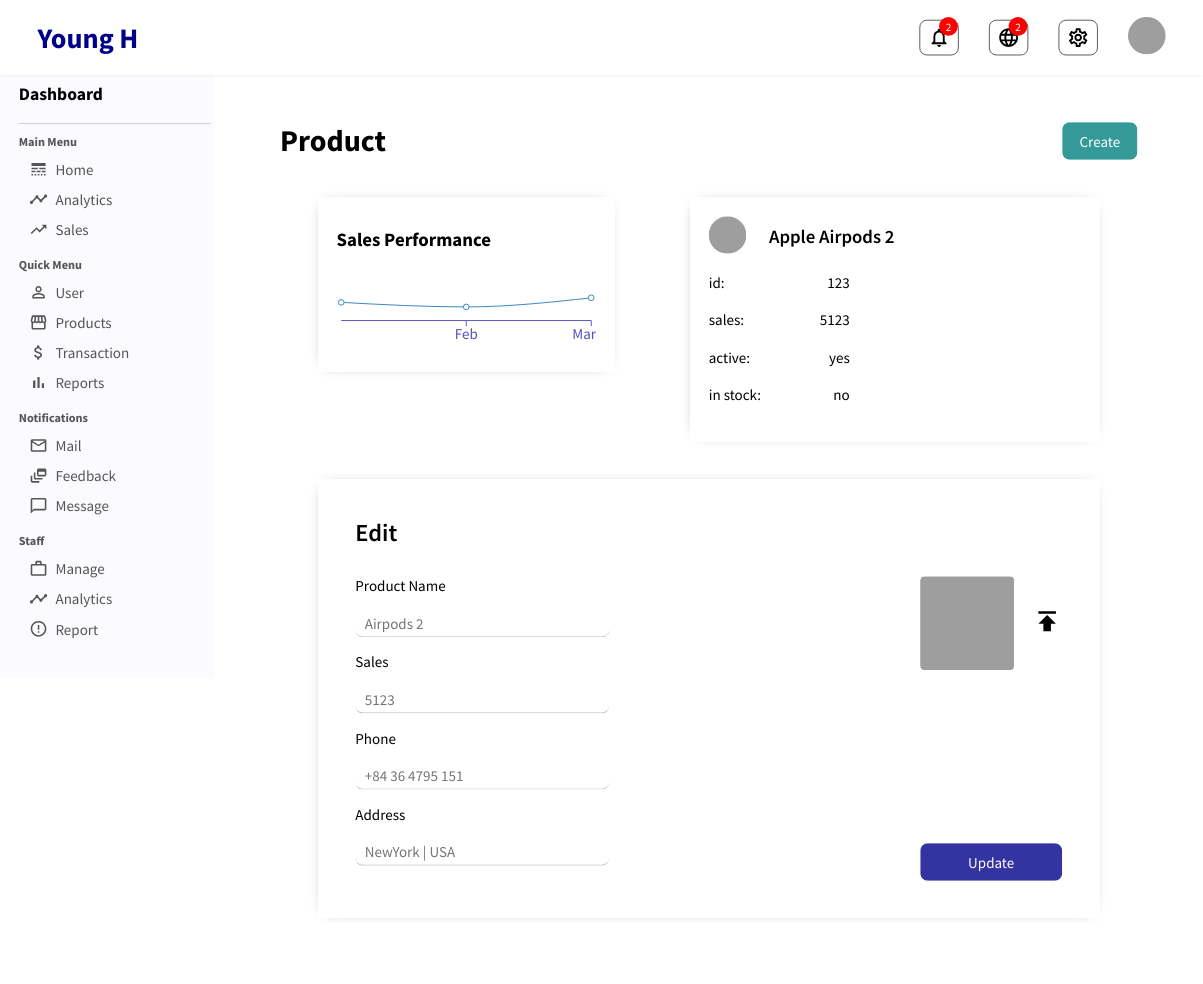
Repository: noname20011/admin
Page: /product/1
The author's editor kept a copy of each file at every save. The page is drawn from the files as they stood at one save, then again after the next save.
The browser window is 1280 px wide. The pictures show the whole page, at 94% of full size.
Pictures or frames that could not be fetched are drawn as grey boxes. The project was rebuilt for these pictures with package versions that can differ from the ones it lists, and the page was loaded fresh each time. Also part of the build but not shown: src/pages/home/home.css, src/comopnents/featureInfo/feature.css, src/comopnents/featureInfo/Feature.jsx, src/comopnents/widgetSm/widgetSm.css, src/comopnents/widgetSm/WidgetSm.jsx, src/comopnents/widgetLg/widgetLg.css, src/comopnents/widgetLg/WidgetLg.jsx, src/pages/home/Home.jsx and 9 more.

Above is the page before, as saved 2021-11-14 16:46:17.

### public/index.html
<!DOCTYPE html>
<html lang="en">
  <head>
    <meta charset="utf-8" />
    <meta name="viewport" content="width=device-width, initial-scale=1" />
    <meta name="theme-color" content="#000000" />
    <meta
      name="description"
      content="Web site created using create-react-app"
    />
    <!-- GOOGLE FONTS -->
    <link href="https://fonts.googleapis.com/css2?family=Source+Sans+Pro:wght@200;300;400;600;700;900&display=swap" rel="stylesheet">
    <style>
      * {
        font-family: 'Source Sans Pro', sans-serif;
        padding: 0;
        margin: 0;
      }
    </style>
    <title>React Admin App</title>
  </head>
  <body>
    <div id="root"></div>
  </body>
</html>

### src/App.js
import Topbar from "./comopnents/topbar/Topbar";
import Sidebar from "./comopnents/sidebar/Sidebar";
import Home from "./pages/home/Home.jsx"
import UserList from "./pages/userList/UserList";
import User from "./pages/user/User";
import NewUser from "./pages/newUser/NewUser";
import ProductList from "./pages/productList/ProductList";
import Product from "./pages/product/Product";
import NewProduct from "./pages/newProduct/NewProduct";
import './app.css'

import {BrowserRouter as Router, Routes , Route} from "react-router-dom"
function App() {
  return (
    <div>
      <Router>
        <Topbar/>
        <div className="container">
          <Sidebar/>
          <Routes >
            <Route path="/" exact element={<Home/>}/>
            <Route path="/users" exact element={<UserList/>}/>
            <Route path="/user/:userId" exact element={<User/>}/>
            <Route path="/register" exact element={<NewUser/>}/>
            <Route path="/products" exact element={<ProductList/>}/>
            <Route path="/product/:id" exact element={<Product/>}/>
            <Route path="/addproduct/" exact element={<NewProduct/>}/>
          </Routes>
        </div>
      </Router>
    </div>
  );
}

export default App;

### src/comopnents/topbar/Topbar.jsx
import React from 'react'
import './topbar.css'

import { Language, NotificationsNone, SettingsOutlined  } from '@material-ui/icons'

export default function Topbar() {
    return (
        <div className="topbar">
            <div className="topbarWrapper">
                <div className="topLeft">
                    <div className="logo">Young H</div>
                </div>
                <div className="topRight">
                    <div className="topbarIconContainer">
                        <NotificationsNone/>
                        <div className="topIconsBadge">2</div>
                    </div>
                    <div className="topbarIconContainer">
                        <Language/>
                        <div className="topIconsBadge">2</div>
                    </div>
                    <div className="topbarIconContainer">
                        <SettingsOutlined/>
                    </div>
                    <div>
                        <img src="https://images.pexels.com/photos/1526814/pexels-photo-1526814.jpeg?auto=compress&cs=tinysrgb&dpr=2&w=500" alt="admin" className="topAvatar"/>
                    </div>
                </div>
            </div>
        </div>
    )
}

### src/comopnents/sidebar/Sidebar.jsx
import { AttachMoney, BarChart, ChatBubbleOutline, DynamicFeed, ErrorOutline, LineStyle, MailOutlined, PersonOutline, Storefront, Timeline, TrendingUp,  WorkOutlineOutlined } from '@material-ui/icons'
import React from 'react'
import { Link } from 'react-router-dom'
import "./sidebar.css"
export default function Sidebar() {
    return (
        <div className="sidebar">
            <div className="sidebarWrapper">
                <h3 className="sidebarTitle">Dashboard</h3>
                <div className="sidebarMenu">
                    <h4 className="sidebarMenuTitle">Main Menu</h4>
                    <ul className="sidebarLists">
                        <Link to="/">
                            <li className="sidebarListItem">
                                <LineStyle className="sidebarIcon"/>
                                Home
                            </li>
                        </Link>
                        <li className="sidebarListItem">
                            <Timeline className="sidebarIcon"/>
                            Analytics
                        </li>
                        <li className="sidebarListItem">
                            <TrendingUp className="sidebarIcon"/>
                            Sales
                        </li>
                    </ul>
                </div>
                <div className="sidebarMenu">
                    <h4 className="sidebarMenuTitle">Quick Menu</h4>
                    <ul className="sidebarLists">
                        <Link to="/users">
                            <li className="sidebarListItem">
                                <PersonOutline className="sidebarIcon"/>
                                User
                            </li>
                        </Link>
                        <Link to="/products">
                            <li className="sidebarListItem">
                                <Storefront className="sidebarIcon"/>
                                Products
                            </li>
                        </Link>
                        <li className="sidebarListItem">
                            <AttachMoney className="sidebarIcon"/>
                            Transaction
                        </li>
                        <li className="sidebarListItem">
                            <BarChart className="sidebarIcon"/>
                            Reports
                        </li>
                    </ul>
                </div>
                <div className="sidebarMenu">
                    <h4 className="sidebarMenuTitle">Notifications</h4>
                    <ul className="sidebarLists">
                        <li className="sidebarListItem">
                            <MailOutlined className="sidebarIcon"/>
                            Mail
                        </li>
                        <li className="sidebarListItem">
                            <DynamicFeed className="sidebarIcon"/>
                            Feedback
                        </li>
                        <li className="sidebarListItem">
                            <ChatBubbleOutline className="sidebarIcon"/>
                            Message
                        </li>
                    </ul>
                </div>
                <div className="sidebarMenu">
                    <h4 className="sidebarMenuTitle">Staff</h4>
                    <ul className="sidebarLists">
                        <li className="sidebarListItem">
                            <WorkOutlineOutlined className="sidebarIcon"/>
                            Manage
                        </li>
                        <li className="sidebarListItem">
                            <Timeline className="sidebarIcon"/>
                            Analytics
                        </li>
                        <li className="sidebarListItem">
                            <ErrorOutline className="sidebarIcon"/>
                            Report
                        </li>
                    </ul>
                </div>
            </div>
        </div>
    )
}

### src/pages/product/Product.jsx
import { Publish } from "@material-ui/icons"
import { Link } from "react-router-dom"
import Chart from "../../comopnents/chart/Chart"
import { productData } from "../../dummyData.js"
import "./product.css"

export default function Product() {
    return (
        <div className="product">
            <div className="productTitleContainer">
                <h1 className="productTitle">Product</h1>
                <Link to="/addproduct">
                    <button className="productAddBtn">
                        Create
                    </button>
                </Link>
            </div>
            <div className="productTop">
                <div className="productTopLeft">
                    <Chart title="Sales Performance" dataKey="Sales" data={productData}/>
                </div>
                <div className="productTopRight">
                    <div className="productInfoTop">
                        <img src="https://images.pexels.com/photos/7156886/pexels-photo-7156886.jpeg?auto=compress&cs=tinysrgb&dpr=2&w=500" alt="" className="productInfoImg"/>
                        <span className="productName">Apple Airpods 2</span>
                    </div>
                    <div className="productInfoBottom">
                        <div className="productInfoItem">
                            <span className="productInfoKey">id: </span>
                            <span className="productInfoValue">123</span>
                        </div>
                        <div className="productInfoItem">
                            <span className="productInfoKey">sales: </span>
                            <span className="productInfoValue">5123</span>
                        </div>
                        <div className="productInfoItem">
                            <span className="productInfoKey">active: </span>
                            <span className="productInfoValue">yes</span>
                        </div>
                        <div className="productInfoItem">
                            <span className="productInfoKey">in stock: </span>
                            <span className="productInfoValue">no</span>
                        </div>
                    </div>
                </div>
            </div>
            <div className="productBottom">
                <span className="userUpdateTitle">Edit</span>
                <form action="" className="UserUpdateForm">
                    <div className="userUpdateLeft">
                        <div className="userUpdateItem">
                            <label>Product Name</label>
                            <input type="text"
                            placeholder="Airpods 2" className="userUpdateInput" />
                        </div>
                        <div className="userUpdateItem">
                            <label>Sales</label>
                            <input type="text"
                            placeholder="5123" className="userUpdateInput" />
                        </div>
                        <div className="userUpdateItem">
                            <label>Phone</label>
                            <input type="text"
                            placeholder="+84 36 4795 151" className="userUpdateInput" />
                        </div>
                        <div className="userUpdateItem">
                            <label>Address</label>
                            <input type="text"
                            placeholder="NewYork | USA" className="userUpdateInput" />
                        </div>
                    </div>
                    <div className="userFormRight">
                        <div className="userUpdateUpload">
                            <img src="https://images.pexels.com/photos/7156886/pexels-photo-7156886.jpeg?auto=compress&cs=tinysrgb&dpr=2&w=500" alt="" className="userFormImg" />
                            <label htmlFor="file">
                                <Publish className="userUpdateIcon"/>
                            </label>
                            <input type="file" id="file" style={{ display: "none" }} />
                        </div>
                        <button className="userUpdateButton">Update</button>
                    </div>
                </form>
            </div>
        </div>
    )
}

### src/app.css
ul, li {
    list-style: none;
}

a {
    text-decoration: none;
}

.container {
    display: flex;
}

.other {
    flex: 4;
}

button, input {
    border: none;
    outline: none;
}

### src/comopnents/topbar/topbar.css
.topbar {
    width: 100%;
    height: 80px;
    background: #fff;
    box-shadow: 0 .5px 2px rgba(0, 0, 0, 0.07);

    position: sticky;
    top: 0;
    z-index: 1000;
}

.topbarWrapper {
    height: 100%;
    padding: 0 40px;
    display: flex;
    justify-content: space-between;
    align-items: center;
}

.logo {
    font-weight: bold;
    font-size: 30px;
    color: darkblue;
    cursor: pointer;
}

.topRight {
    display: flex;
    align-items: center;
    column-gap: 2rem;
}
.topbarIconContainer {
    position: relative;
    cursor: pointer;
    width: 40px;
    height: 36px;
    border: 1px solid #555;
    border-radius: .5rem;
    display: flex;
    align-items: center;
    justify-content: center;
}

.topbarIconContainer:hover {
    background-color: rgb(248, 246, 246);
}

.topIconsBadge {
    font-size: 12px;
    position: absolute;
    top: -4px;
    right: 0px;

    width: 20px;
    height: 20px;
    background-color: red;
    color: #fff;
    border-radius: 50%;

    display: flex;
    place-content: center;
    place-items: center;
}

.topAvatar {
    width: 40px;
    height: 40px;
    object-fit: cover;
    border-radius: 50%;
    cursor: pointer;
}

### src/comopnents/sidebar/sidebar.css
.sidebar {
    flex: 1;
    background-color: rgb(251, 251, 255);
    position: sticky;
    top: 80px;
    height: calc(100vh - 80px);
}

.sidebarWrapper {
    padding: 8px 4px 0 20px;
}

.sidebarTitle {
    padding-bottom: 20px;
    margin-bottom: 10px;
    border-bottom: 1px solid #ccc;
}

.sidebarMenu {
    margin-bottom: 8px;
}

.sidebarMenuTitle {
    color: #555;
    font-size: 13px;
}

.sidebarLists {
    padding: 5px;
}

.sidebarListItem {
    display: flex;
    align-items: center;
    column-gap: .5rem;

    padding: 6px;
    color: #555;
    cursor: pointer;
    border-radius: .5rem;
}

.sidebarListItem.active,
.sidebarListItem:hover {
    background-color: rgb(225, 225, 255);
}

.sidebarIcon {
    font-size: 20px!important;
}

### src/comopnents/chart/Chart.jsx
import "./chart.css"
import { LineChart, Line, XAxis, YAxis, CartesianGrid, Tooltip, Legend, ResponsiveContainer } from 'recharts';



export default function Chart({ title, data, dataKey, grid }) {

    return (
        <div className="chart">
            <h3 className="chartTitle">{title}</h3>
            <ResponsiveContainer width="100%" aspect={4 / 1}>
                <LineChart data={data}>
                    <XAxis dataKey="name" stroke="#5550bd"/>
                    <Line type="monotone" dataKey={dataKey}/>
                    <Tooltip />
                    {grid && <CartesianGrid stroke="#e0dfdf" strokeDasharray="5 5" />}
                </LineChart>
            </ResponsiveContainer>
        </div>
    )
}

### src/pages/user/user.css
.user {
    flex: 4;
    margin: 20px 40px;
    padding: 30px;
}

.userTitleContainer {
    display: flex;
    justify-content: space-between;
    margin-bottom: 20px;
}

.userAddBtn {
    width: 80px;
    border-radius: .5rem;
    background-color: teal;
    padding: 10px 8px;

    color: #fff;
    font-size: 16px;
    cursor: pointer;
    opacity: 0.8;
}

.userAddBtn:hover {
    opacity: 1;
}
.userContainer {
    display: flex;
    justify-content: space-between;
    column-gap: 5rem;
}
.userShow {
    flex: 1;
    margin: 20px 0;
    padding: 30px;
    -webkit-box-shadow: 0px 0px 15px -10px rgba(0, 0, 0, 0.75);
    box-shadow: 0px 0px 15px -10px rgba(0, 0, 0, 0.75);
}

.userShowTop {
    display: flex;
    column-gap: 1.5rem;
    align-items: center;
}

.userShowTopInfo {
    display: flex;
    flex-direction: column;
    row-gap: .1rem;
}

.userShowName {
    font-size: 20px;
    font-weight: 600;
}

.userShowJob {
    font-size: 16px;
    font-weight: 300;
}

.userShowImg {
    width: 40px;
    height: 40px;
    border-radius: 50%;
    object-fit: cover;
}

.userShowTitle {
    font-size: 14px;
    font-weight: 600;
    color: rgb(175, 170, 170);
    display: block;
    margin-top: 20px;
}

.userShowBottomInfo {
    display: flex;
    align-items: center;
    column-gap: 1rem;

    margin: 20px 0 20px 5px;
    color: #444;
}

.userShowIcon {
    font-size: 16px !important;
}
.userUpdate {
    flex: 2;
    margin: 20px 0;
    padding: 30px;
    -webkit-box-shadow: 0px 0px 15px -10px rgba(0, 0, 0, 0.75);
    box-shadow: 0px 0px 15px -10px rgba(0, 0, 0, 0.75);
}

.userUpdateTitle {
    font-size: 26px;
    font-weight: 600;
}

.UserUpdateForm {
    margin-top: 30px;
    display: flex;
    justify-content: space-between;
}


.userUpdateItem {
    display: flex;
    flex-direction: column;
    row-gap: 1rem;
    margin-bottom: 16px;
}

.userUpdateInput {
    width: 250px;
    border-bottom: 1px solid #bbb;
    border-bottom-left-radius: .5rem;
    border-bottom-right-radius: .5rem;
    padding: 4px 10px;
    font-size: 16px;
}

.userFormRight {
    display: flex;
    flex-direction: column;
    justify-content: space-between;
}

.userUpdateUpload {
    display: flex;
    align-items: center;
    justify-content: center;
    column-gap: 1.2rem;
}
.userFormImg {
    width: 100px;
    height: 100px;
    object-fit: cover;
    border-radius: .3rem;
}

.userUpdateIcon {
    font-size: 32px !important;
    cursor: pointer;
}

.userUpdateButton {
    padding: 10px 12px;
    border-radius: .5rem;
    background-color: darkblue;
    color: #fff;
    font-size: 16px;
    cursor: pointer;
    opacity: 0.8;
}

.userUpdateButton:hover {
    opacity: 1;
}

### src/pages/product/product.css
.product {
    flex: 4;
    margin: 20px 40px;
    padding: 30px;
}

.productTitleContainer {
    display: flex;
    justify-content: space-between;
    margin-bottom: 20px;
}

.productAddBtn {
    width: 80px;
    border-radius: .5rem;
    background-color: teal;
    padding: 10px 8px;

    color: #fff;
    font-size: 16px;
    cursor: pointer;
    opacity: 0.8;
}

.productAddBtn:hover {
    opacity: 1;
}

.productTop {
    display: flex;
}

.productTopLeft {
    flex: 1;
}

.productTopRight {
    flex: 1;
    -webkit-box-shadow: 0px 0px 15px -10px rgba(0, 0, 0, 0.75);
    box-shadow: 0px 0px 15px -10px rgba(0, 0, 0, 0.75);
    margin: 20px 40px;
    padding: 20px;
}

.productInfoTop {
    display: flex;
    align-items: center;
    column-gap: 1.5rem;
    margin-bottom: 20px;
}

.productInfoImg {
    width: 40px;
    height: 40px;
    border-radius: 50%;
    object-fit: cover;
}

.productName {
    font-weight: 600;
    font-size: 20px;
}

.productInfoItem {
    display: flex;
    justify-content: space-between;
    width: 150px;
    margin-bottom: 20px;
}

.productBottom {
    -webkit-box-shadow: 0px 0px 15px -10px rgba(0, 0, 0, 0.75);
    box-shadow: 0px 0px 15px -10px rgba(0, 0, 0, 0.75);
    margin: 20px 40px;
    padding: 40px;
}

### src/comopnents/chart/chart.css
.chart {
    -webkit-box-shadow: 0px 0px 15px -10px rgba(0, 0, 0, 0.75);
    box-shadow: 0px 0px 15px -10px rgba(0, 0, 0, 0.75);
    margin: 20px 40px;
    padding: 20px;
}

.chartTitle {
    font-size: 20px;
    margin: 12px 0 40px;

}

Loaded but not shown: src/index.js (common file); src/dummyData.js (225 lines, source omitted)

After the next save:
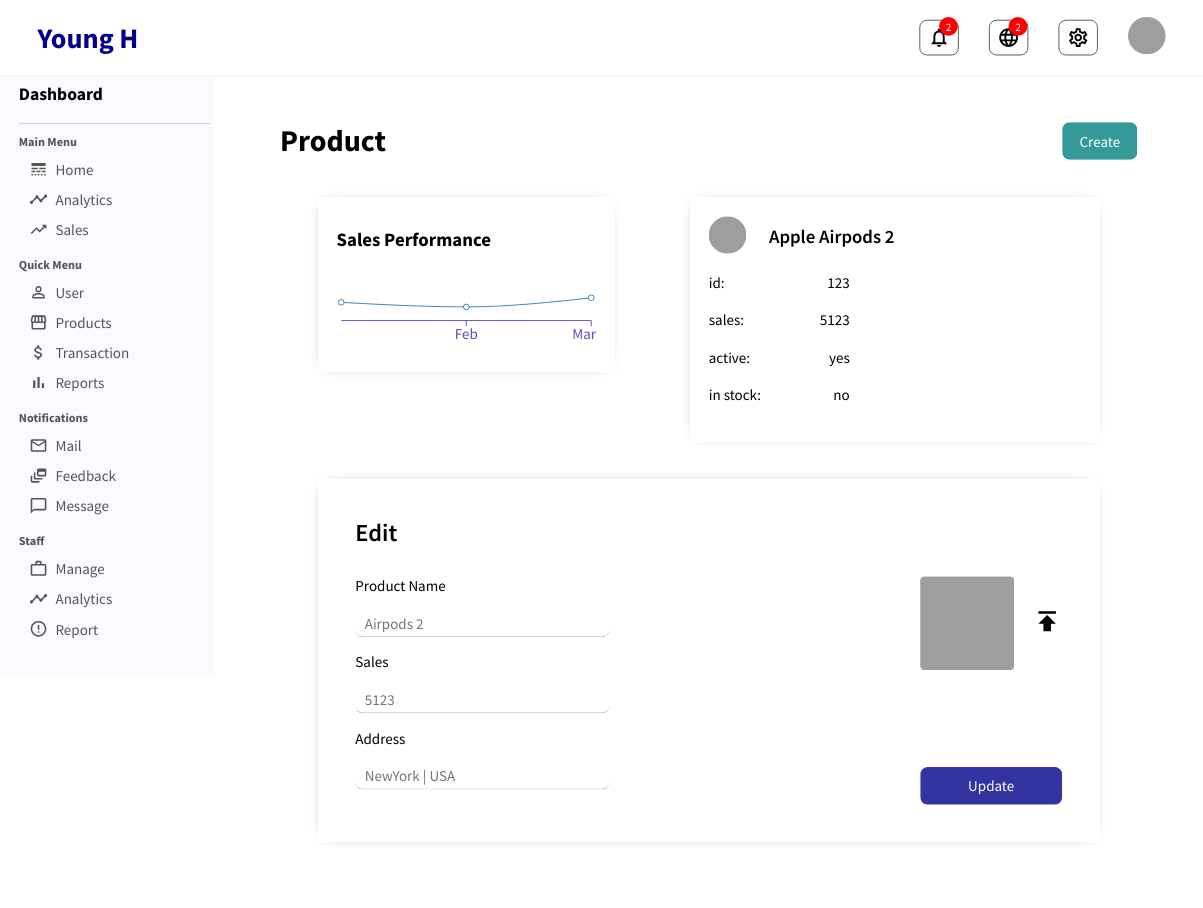
Saved 8 s later.
--- a/src/pages/product/Product.jsx
+++ b/src/pages/product/Product.jsx
@@ -59,11 +59,6 @@ export default function Product() {
                             placeholder="5123" className="userUpdateInput" />
                         </div>
                         <div className="userUpdateItem">
-                            <label>Phone</label>
-                            <input type="text"
-                            placeholder="+84 36 4795 151" className="userUpdateInput" />
-                        </div>
-                        <div className="userUpdateItem">
                             <label>Address</label>
                             <input type="text"
                             placeholder="NewYork | USA" className="userUpdateInput" />
